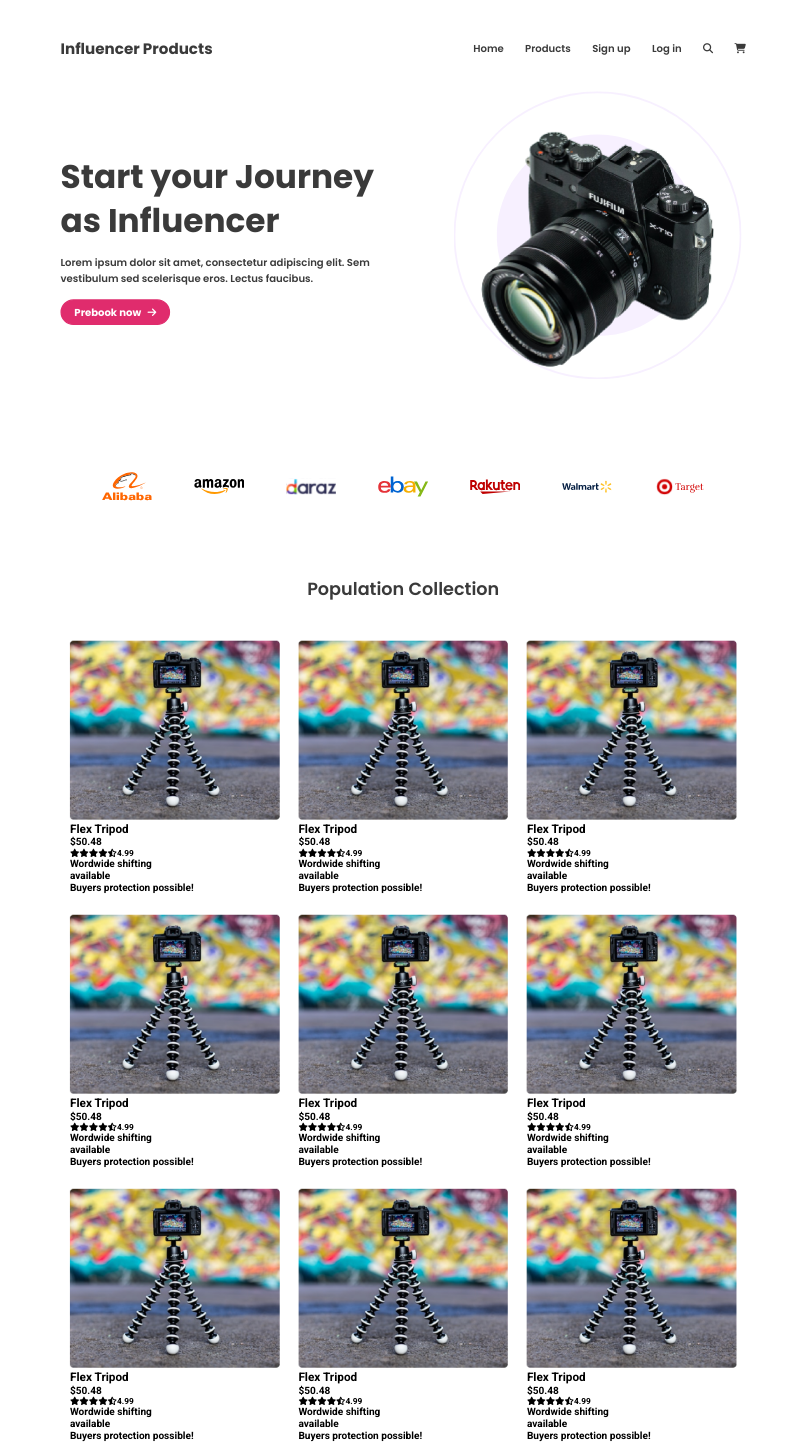
Repository: ShouravAhammed/Influencer-Gear-webpage
Page: index.html
The author's editor kept a copy of each file at every save. The page is drawn from the files as they stood at one save, then again after the next save.
The browser window is 1280 px wide. The pictures show the whole page, at 63% of full size.
Some web libraries are served in a nearby version.

Above is the page before, as saved 2024-01-15 02:46:50.

After the next save:
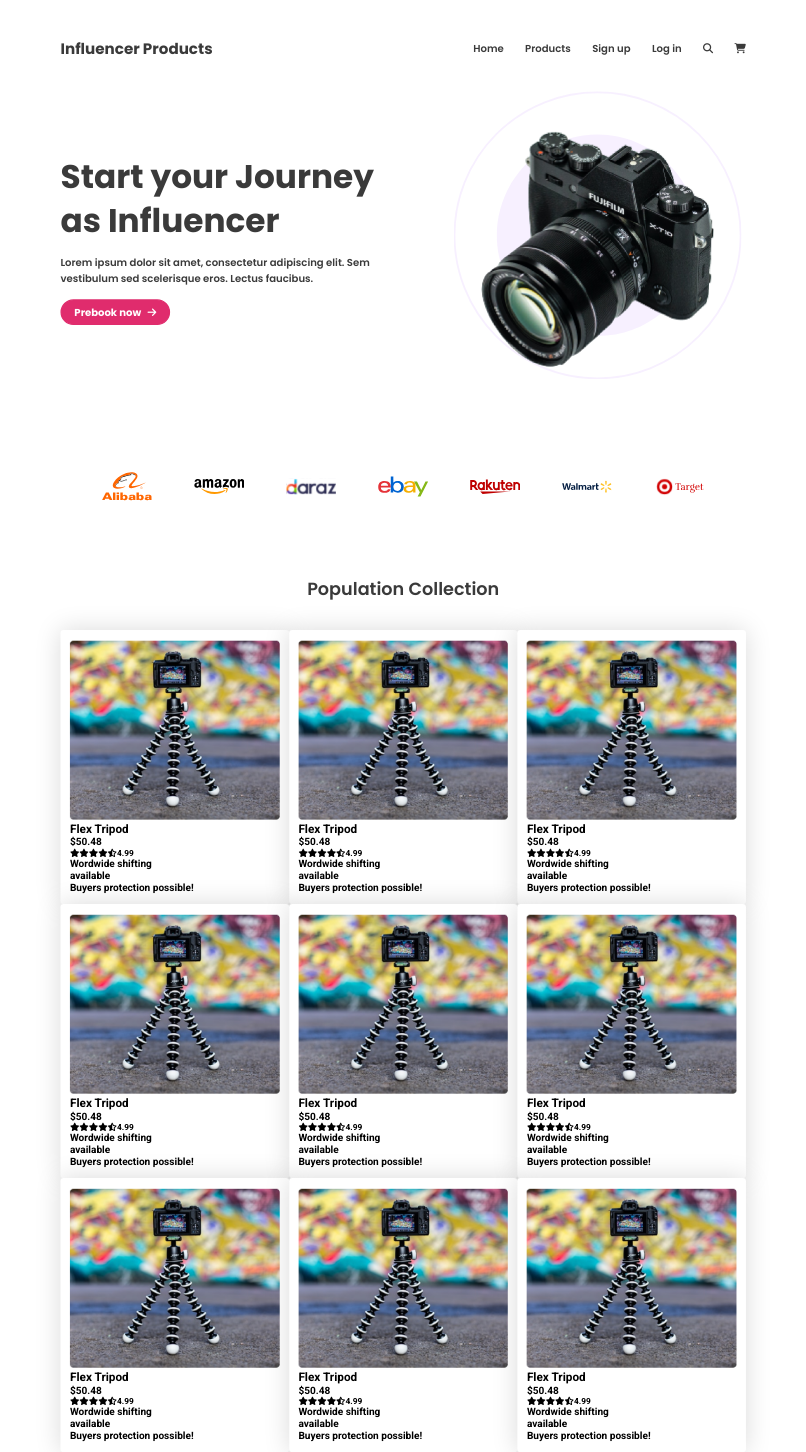
Saved 34 s later.
--- a/Style/style.css
+++ b/Style/style.css
@@ -148,6 +148,9 @@
     grid-template-columns: repeat(3, 1fr);
 }
 .card-content{
+    border-radius: 5px;
+    background: #FFF;
+    box-shadow: 0px 0px 40px 0px rgba(0, 0, 0, 0.15);
     padding: 17px 15px;
 }
 .card-content img{
